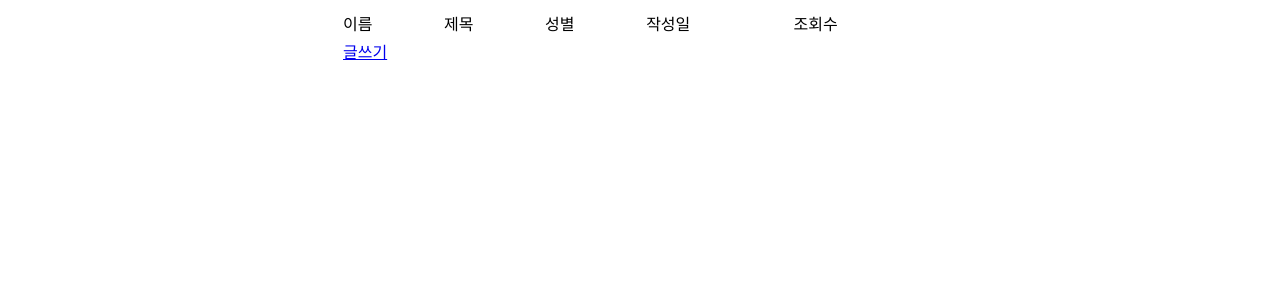
Repository: Billy-Jin/jsp
Page: http://localhost/dat/list.jsp?pager=2
An editor plug-in stored every save of this project. The page is shown before and after the next save, followed by the edit.
The browser window is 1280 px wide. The pictures show the whole page.
The page is served by Tomcat 9. Queries for data that is not in the repository find no rows.

Above is the page before, as saved 2020-12-02 05:38:27.

### jsp/dat/WebContent/list.jsp
<%@ page language="java" contentType="text/html; charset=UTF-8"
    pageEncoding="UTF-8"%>
<%@ page import="java.sql.*"  %>
<%
	// DB 연결
	Class.forName("com.mysql.jdbc.Driver");
	String db="jdbc:mysql://localhost:3306/pkc";
	String userid="root";
	String pw="1234";
	Connection conn=DriverManager.getConnection(db,userid,pw); // db정보,아이디,비번

	// limit에 들어갈 index번호 생성
	int index; // limit에 전달할 index값
	int pager; // 현재 나타내고자 하는 페이지 값을 저장 //page는 변수명으로 사용 불가
	if(request.getParameter("pager")==null)
	{
		pager=1;
	}
	else
	{
		pager=Integer.parseInt(request.getParameter("pager"));
	}

	// index 만들기
	index=(pager-1)*10;

	// 쿼리생성
	String sql="select * from gesipan order by id desc limit "+index+",10";
	// 심부름꾼 생성
	Statement stmt= conn.createStatement();
	// 쿼리실행 => ResultSet
	ResultSet rs=stmt.executeQuery(sql);

%>

<!DOCTYPE html>
<html>
<head>
<meta charset="UTF-8">
<title>Insert title here</title>
</head>
<body>
	<!-- 레코드 내용 출력 -->
	<table width="600" align="center">
		<tr>
			<td> 이름 </td>
			<td> 제목 </td>
			<td> 성별 </td>
			<td> 작성일 </td>
			<td> 조회수 </td>
		</tr>
		<%
		while(rs.next())
		{
			// 숫자로 된 성별을 문자로 변환
			String sung=null;
			switch(rs.getInt("sung"))
			{
			case 0: sung="남자"; break;
			case 1: sung="여자"; break;
			case 2: sung="선택안함"; break;
			}
		%>
		<tr>
			<td> <%=rs.getString("name") %></td>
			<td> <a href="readnum.jsp?id=<%= rs.getString("id")%>"> <%=rs.getString("title") %> </a> </td>
			<td> <%=sung%></td>
			<td> <%=rs.getString("writeday") %></td>
			<td> <%=rs.getString("readnum") %></td>
		</tr>
		<%
		}
		%>
		<tr>
			<td colspan="2"> <a href="write.jsp"> 글쓰기</a> </td>
		</tr>
	</table>
</body>
</html>

After the next save:
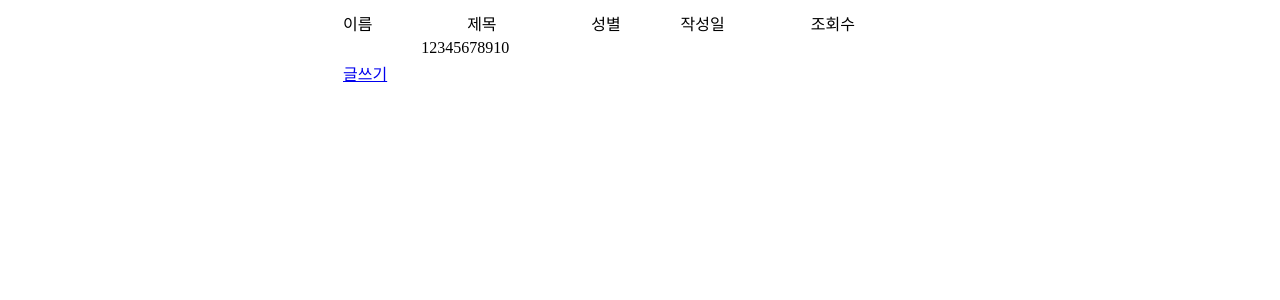
Saved 47 min 33 s later.
--- a/jsp/dat/WebContent/list.jsp
+++ b/jsp/dat/WebContent/list.jsp
@@ -71,6 +71,18 @@
 		<%
 		}
 		%>
+	     <tr> <!-- 사용자가 클릭하여 이동할수 있는 페이지 출력 -->
+      	<td colspan="2" align="center">
+	  	 <%
+	  	 	int pstart=1;
+	  	 	int pend=pstart+9;
+
+	  	 	for(int i=pstart; i<=pend; i++)
+	  	 		out.print(i);
+
+	  	 	%>
+	      </td>
+	     </tr>
 		<tr>
 			<td colspan="2"> <a href="write.jsp"> 글쓰기</a> </td>
 		</tr>
